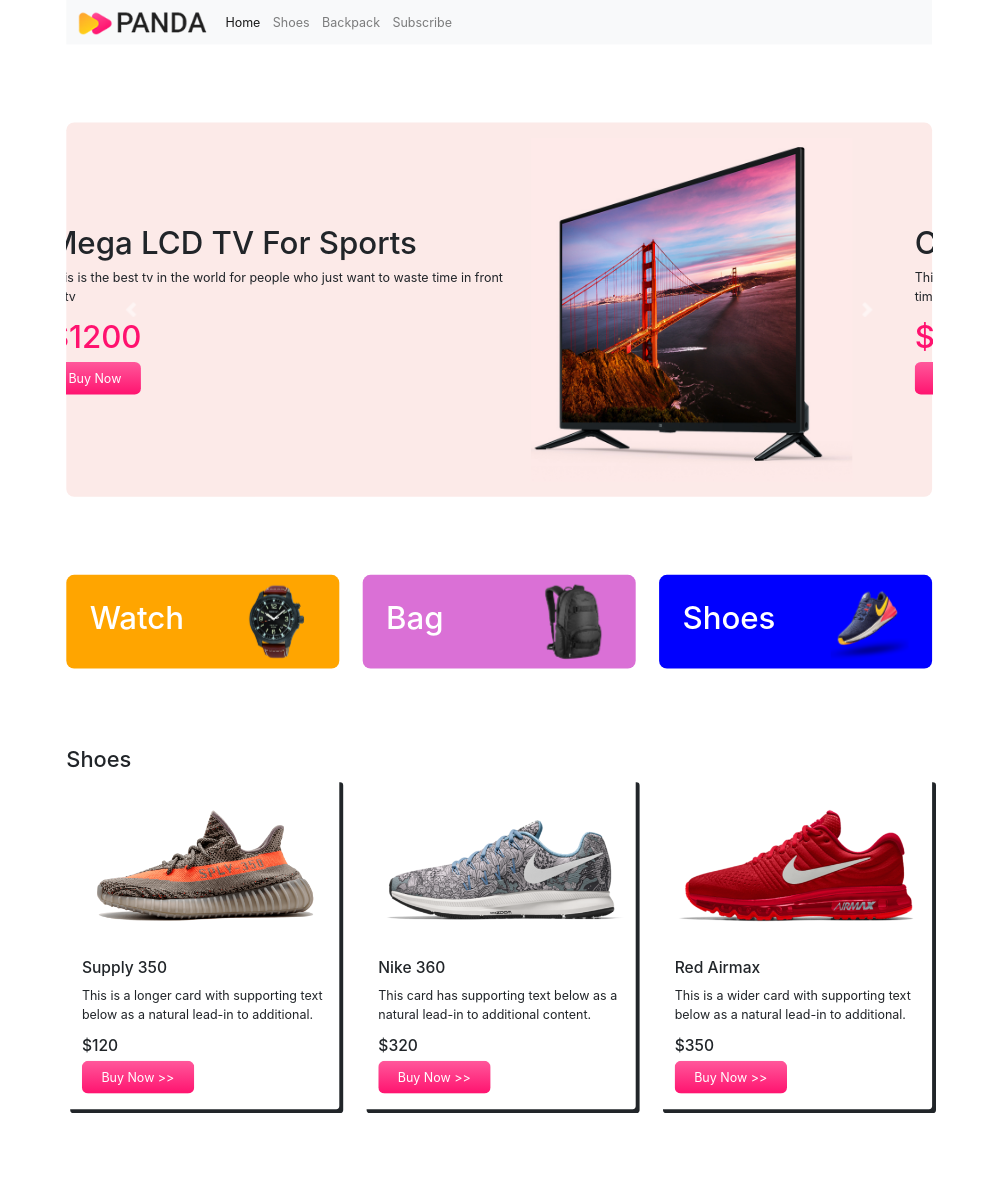
Repository: mohsinfarabi/panda-commerce
Page: index.html
An editor plug-in stored every save of this project. The page is shown before and after the next save, followed by the edit.
The browser window is 1280 px wide. The pictures show the whole page, at 78% of full size.

Above is the page before, as saved 2020-07-07 03:13:37.

### index.html
<!DOCTYPE html>
<html lang="en">

<head>
    <meta charset="UTF-8">
    <meta name="viewport" content="width=device-width, initial-scale=1.0">
    <title>Panda Commerce</title>
    <link rel="stylesheet" href="css/bootstrap/css/bootstrap.min.css">
    <link rel="stylesheet" href="style.css">
</head>

<body>
    <div class="container">
        <nav class="navbar navbar-expand-lg navbar-light bg-light">
            <a class="navbar-brand" href="#"><img src="images/logo.png" alt=""></a>
            <button class="navbar-toggler" type="button" data-toggle="collapse" data-target="#navbarNav" aria-controls="navbarNav" aria-expanded="false" aria-label="Toggle navigation">
              <span class="navbar-toggler-icon"></span>
            </button>
            <div class="collapse navbar-collapse" id="navbarNav">
                <ul class="navbar-nav">
                    <li class="nav-item active">
                        <a class="nav-link" href="#">Home <span class="sr-only">(current)</span></a>
                    </li>
                    <li class="nav-item">
                        <a class="nav-link" href="#shoes">Shoes</a>
                    </li>
                    <li class="nav-item">
                        <a class="nav-link" href="#backpack">Backpack</a>
                    </li>
                    <li class="nav-item">
                        <a class="nav-link" href="#subscribe">Subscribe</a>
                    </li>
                </ul>
            </div>
        </nav>
    </div>
    <div class="container">
        <div id="carouselExampleControls" class="carousel slide orange-bg" data-ride="carousel">
            <div class="carousel-inner">
                <div class="carousel-item active">
                    <div class="row align-items-center">
                        <div class="col-md-7">
                            <h1>Mega LCD TV For Sports</h1>
                            <p>This is the best tv in the world for people who just want to waste time in front of tv</p>
                            <h1 class="price">$1200</h1>
                            <button class="buy-now-button">Buy Now</button>
                        </div>
                        <div class="col-md-5">
                            <img src="images/banner-images/tv.png" class="d-block w-100" alt="...">
                        </div>
                    </div>
                </div>
                <div class="carousel-item">
                    <div class="row align-items-center">
                        <div class="col-md-7">
                            <h1>Cool Dude Headphone</h1>
                            <p>This is the best headdphone in the world for people who just want to waste time in front of funky world.</p>
                            <h1 class="price">$420</h1>
                            <button class="buy-now-button">Buy Now</button>
                        </div>
                        <div class="col-md-5">
                            <img src="images/banner-images/headphone.png" class="d-block w-100" alt="...">
                        </div>
                    </div>
                </div>
                <div class="carousel-item">
                    <div class="row align-items-center">
                        <div class="col-md-7">
                            <h1>Mega LCD TV For Sports</h1>
                            <p>This is the best x-box in the world for people who just want to waste time in front of fake sports.</p>
                            <h1 class="price">$600</h1>
                            <button class="buy-now-button">Buy Now</button>
                        </div>
                        <div class="col-md-5">
                            <img src="images/banner-images/xbox.png" class="d-block w-100" alt="...">
                        </div>
                    </div>
                </div>
            </div>
            <a class="carousel-control-prev" href="#carouselExampleControls" role="button" data-slide="prev">
                <span class="carousel-control-prev-icon" aria-hidden="true"></span>
                <span class="sr-only">Previous</span>
            </a>
            <a class="carousel-control-next" href="#carouselExampleControls" role="button" data-slide="next">
                <span class="carousel-control-next-icon" aria-hidden="true"></span>
                <span class="sr-only">Next</span>
            </a>
        </div>
    </div>

    <div class="container categories">
        <div class="row">
            <div class="col-md-4">
                <div class="d-flex justify-content-between align-items-center cat1">
                    <h1>Watch</h1>
                    <img src="images/categories/watch.png" alt="">
                </div>
            </div>
            <div class="col-md-4">
                <div class="d-flex justify-content-between align-items-center cat2">
                    <h1>Bag</h1>
                    <img src="images/categories/bag.png" alt="">
                </div>
            </div>
            <div class="col-md-4">
                <div class="d-flex justify-content-between align-items-center cat3">
                    <h1>Shoes</h1>
                    <img src="images/categories/shoes.png" alt="">
                </div>
            </div>
        </div>
    </div>

    <div class="container shoes" id="shoes">
        <h3>Shoes</h3>
        <div class="card-deck">
            <div class="card">
                <img src="images/shoes/shoe-1.png" class="card-img-top" alt="...">
                <div class="card-body">
                    <h5 class="card-title">Supply 350</h5>
                    <p class="card-text">This is a longer card with supporting text below as a natural lead-in to additional.</p>
                    <h5>$120</h5>
                    <button class="buy-now-button">Buy Now >></button>
                </div>
            </div>
            <div class="card">
                <img src="images/shoes/shoe-2.png" class="card-img-top" alt="...">
                <div class="card-body">
                    <h5 class="card-title">Nike 360</h5>
                    <p class="card-text">This card has supporting text below as a natural lead-in to additional content.</p>
                    <h5>$320</h5>
                    <button class="buy-now-button">Buy Now >></button>
                </div>
            </div>
            <div class="card">
                <img src="images/shoes/shoe-3.png" class="card-img-top" alt="...">
                <div class="card-body">
                    <h5 class="card-title">Red Airmax</h5>
                    <p class="card-text">This is a wider card with supporting text below as a natural lead-in to additional.</p>
                    <h5>$350</h5>
                    <button class="buy-now-button">Buy Now >></button>
                </div>
            </div>
        </div>
    </div>

    <script src="https://code.jquery.com/jquery-3.5.1.slim.min.js" integrity="sha384-DfXdz2htPH0lsSSs5nCTpuj/zy4C+OGpamoFVy38MVBnE+IbbVYUew+OrCXaRkfj" crossorigin="anonymous"></script>
    <script src="https://cdn.jsdelivr.net/npm/popper.js@1.16.0/dist/umd/popper.min.js" integrity="sha384-Q6E9RHvbIyZFJoft+2mJbHaEWldlvI9IOYy5n3zV9zzTtmI3UksdQRVvoxMfooAo" crossorigin="anonymous"></script>
    <script src="https://stackpath.bootstrapcdn.com/bootstrap/4.5.0/js/bootstrap.min.js" integrity="sha384-OgVRvuATP1z7JjHLkuOU7Xw704+h835Lr+6QL9UvYjZE3Ipu6Tp75j7Bh/kR0JKI" crossorigin="anonymous"></script>
</body>

</html>

### style.css
.container {
    margin-bottom: 100px;
}

.orange-bg {
    background-color: #fceae8;
    border-radius: 10px;
}

.carousel-item {
    padding: 20px 40px;
}

.price {
    color: #ff136f;
}

.buy-now-button {
    background-image: linear-gradient(to bottom, #FF589B 0%, #FF136F 100%);
    color: #fff;
    border: none;
    border-radius: 8px;
    padding: 9px 25px;
    cursor: pointer;
}

.cat1,
.cat2,
.cat3 {
    padding: 10px 30px;
    border-radius: 10px;
}

.cat1 {
    background-color: orange;
}

.cat2 {
    background-color: orchid;
}

.cat3 {
    background-color: blue;
}

.categories h1 {
    color: white;
}

.categories img {
    width: 100px;
}

.card {
    border: none;
    box-shadow: 5px 5px;
}

Loaded but not shown: css/bootstrap/css/bootstrap.min.css (library)

After the next save:
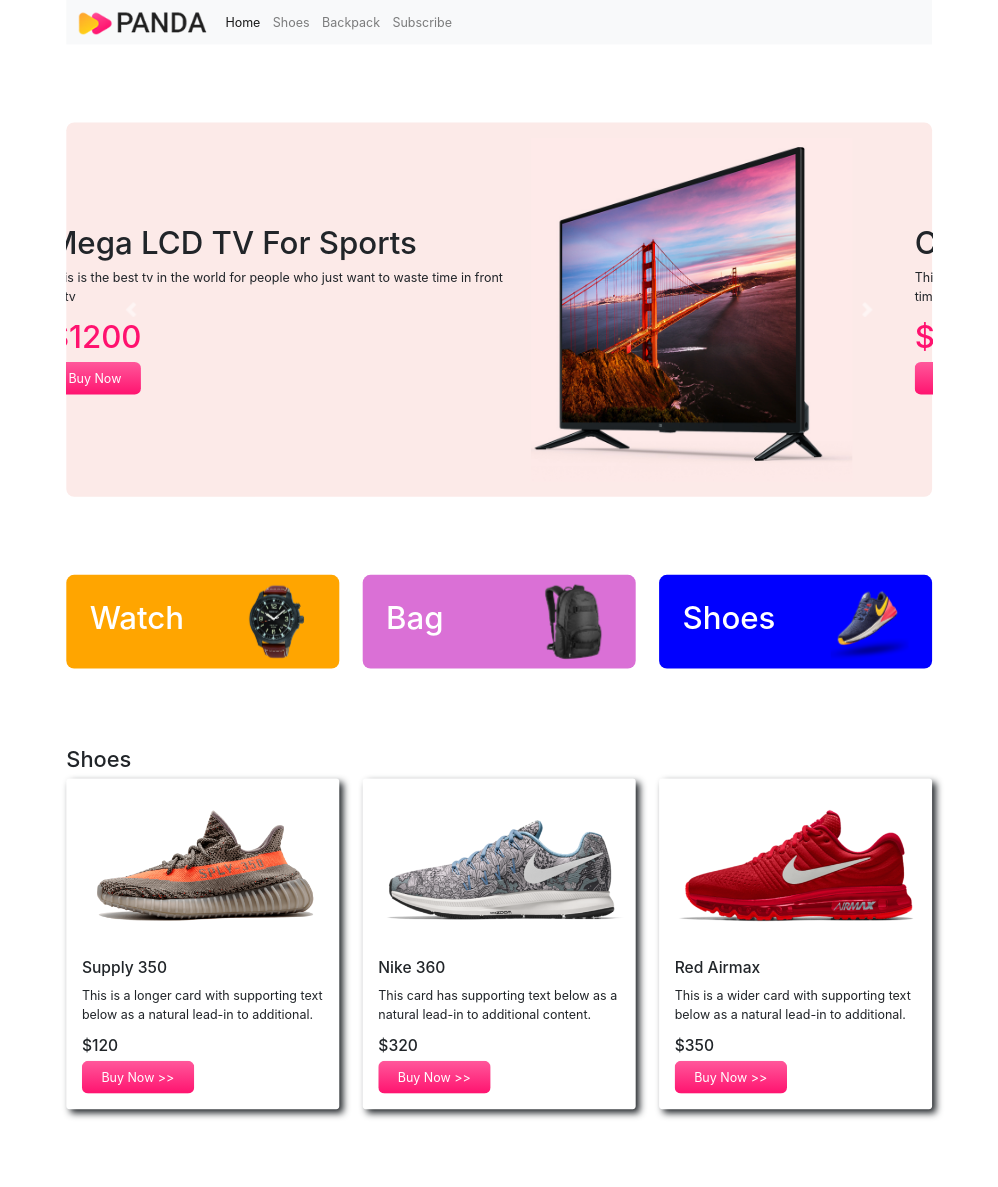
Saved 8 s later.
--- a/style.css
+++ b/style.css
@@ -53,5 +53,5 @@
 
 .card {
     border: none;
-    box-shadow: 5px 5px;
+    box-shadow: 5px 5px 10px;
 }
